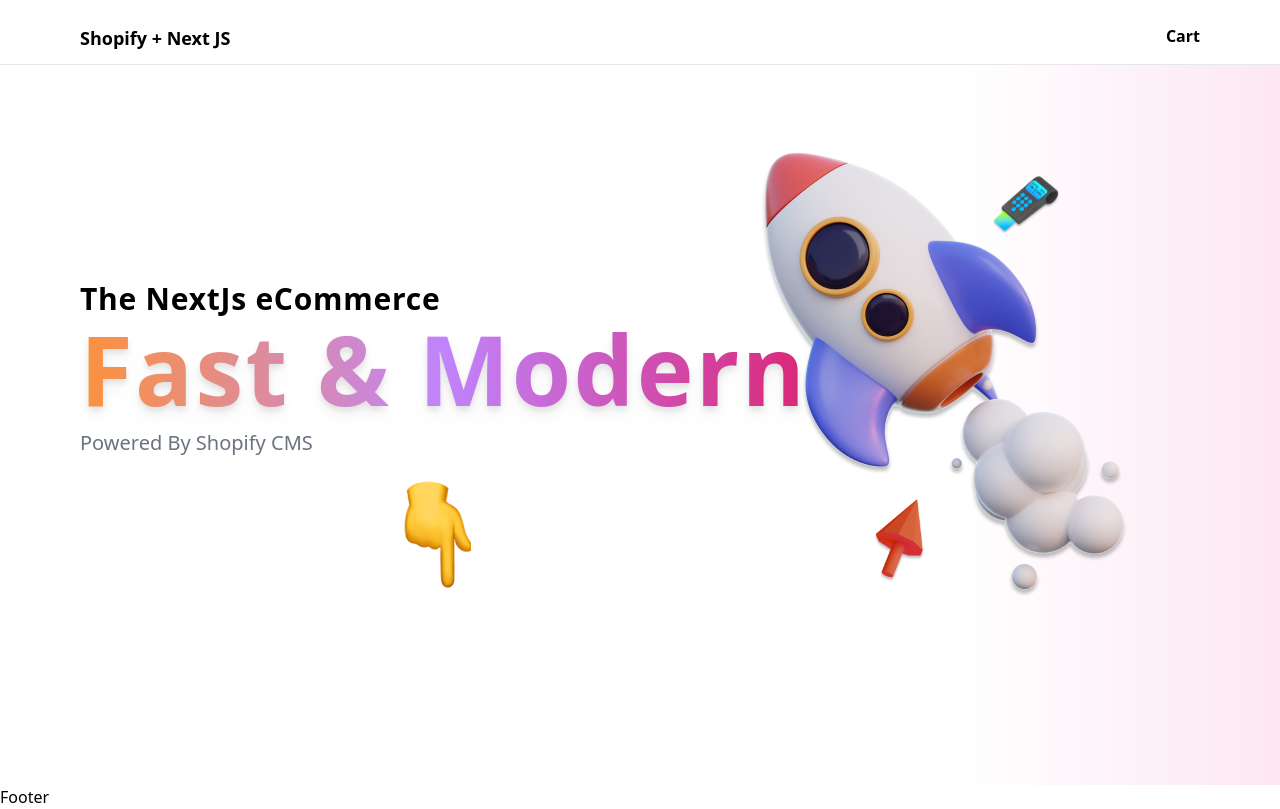
Repository: Krishna-bansall/store
Page: /
An editor plug-in stored every save of this project. The page is shown before and after the next save, followed by the edit.
The browser window is 1280 px wide. The pictures show the whole page.
The project was rebuilt for these pictures with package versions that can differ from the ones it lists, and the page was loaded fresh each time. The framework's server and built-in components were replaced by stand-ins that run in the browser. Also part of the build but not shown: next.config.js, utils/helpers.js, components/ProductCard.js, components/ProductList.js.

Above is the page before, as saved 2022-04-10 18:08:07.

After the next save:
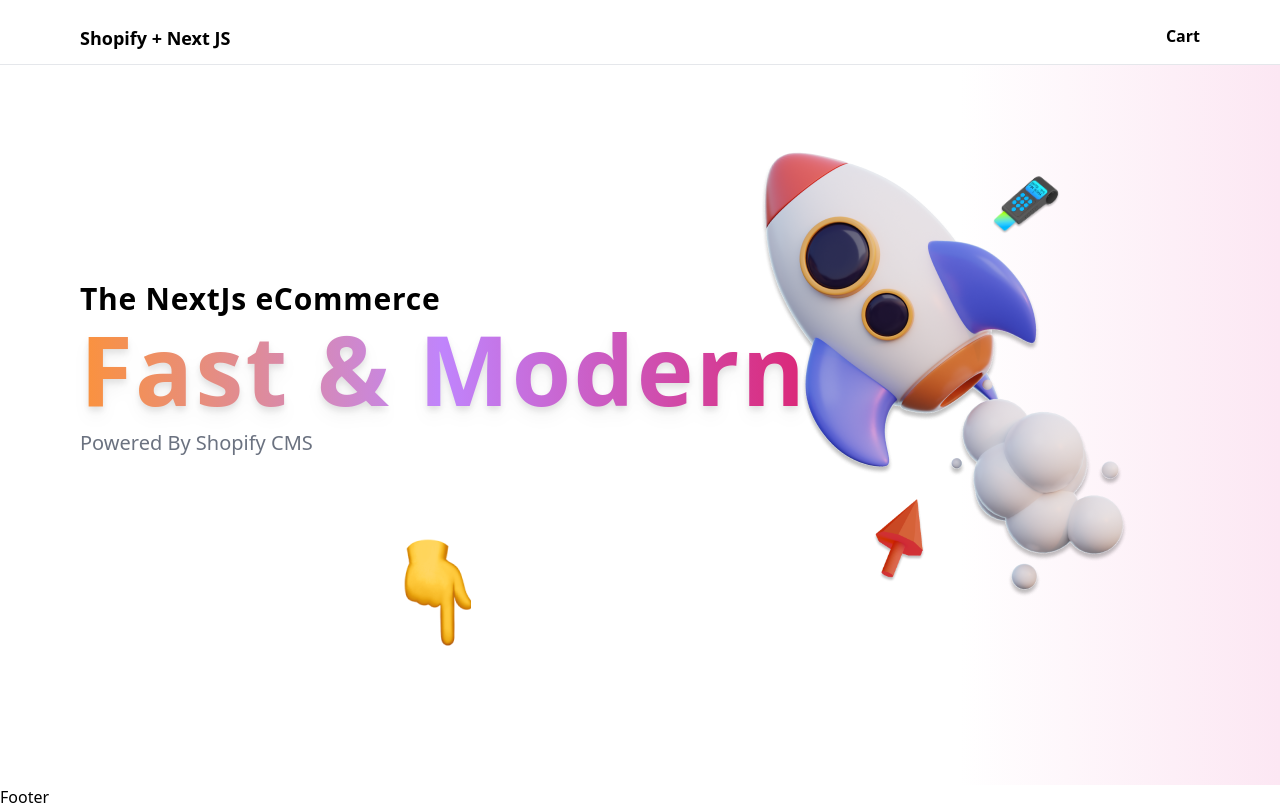
Saved 40 s later.
--- a/components/HeroSection.js
+++ b/components/HeroSection.js
@@ -56,7 +56,7 @@
             />
           </div>
         </div>
-        <div className="col-start-2 row-start-3 flex justify-center md:col-start-1">
+        <div className="col-start-2 row-start-3 flex items-center justify-center md:col-start-1">
           <div className="w-1/6">
             <Image src={down} alt="down" />
           </div>
